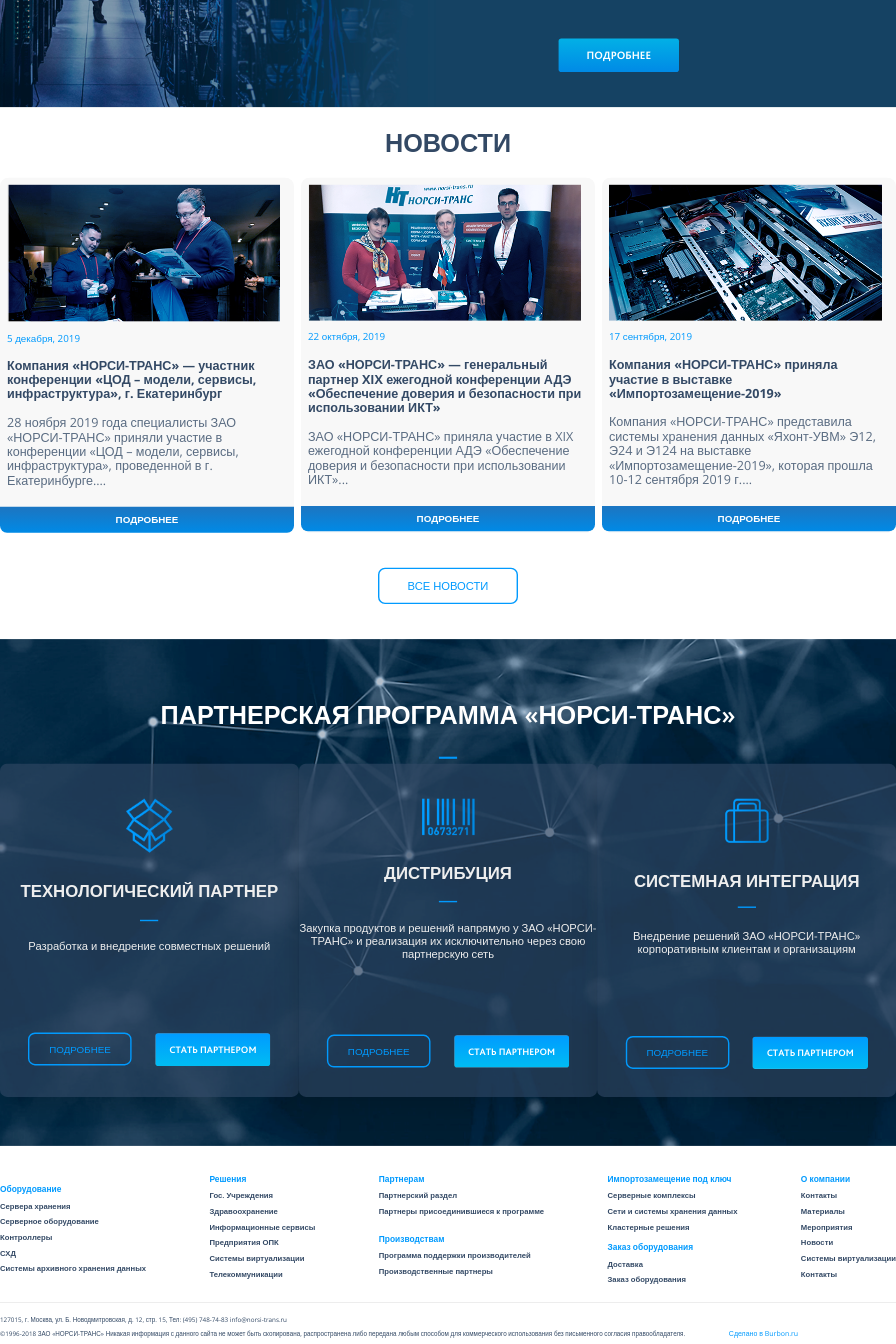
Repository: frostnn/testTaskBurbon
Page: app/index.html
The author's editor kept a copy of each file at every save. The page is drawn from the files as they stood at one save, then again after a run of saves.
The browser window is 1280 px wide. The pictures show the part of the page from y = 1430 to 3350 px (the page is 3350 px tall), at 70% of full size.
The style sheet was rebuilt from its Sass, Less or Tailwind sources for each picture, by a compiler version that may differ from the author's.

Above is the page before, as saved 2020-07-16 09:59:57.

### app/index.html
<!DOCTYPE html>
<html lang="en">
<head>
  <meta charset="UTF-8">
  <meta name="viewport" content="width=device-width, initial-scale=1.0">
  <meta http-equiv="X-UA-Compatible" content="ie=edge">
  <link rel="stylesheet" href="css/style.min.css">
  <title>Test task</title>
</head>
<body>
  <div class="bg-test">
    <header class="header">
        <div class="header-logo">
          <img src="./img/NT_logo_color.png" alt="Логотип" class="header-logo__img">
        </div>
        <nav class="header-nav">
          <ul class="header-nav__list">
            <li class="header-nav__list-item">
              <a href="#" class="header-nav__list-link">оборудование</a>
            </li>
            <li class="header-nav__list-item">
              <a href="#" class="header-nav__list-link">решения</a>
            </li>
            <li class="header-nav__list-item">
              <a href="#" class="header-nav__list-link">партнерам</a>
            </li>
            <li class="header-nav__list-item">
              <a href="#" class="header-nav__list-link">производствам</a>
            </li>
            <li class="header-nav__list-item">
              <a href="#" class="header-nav__list-link">импортозамещение под ключ</a>
            </li>
            <li class="header-nav__list-item">
              <a href="#" class="header-nav__list-link">заказ оборудования</a>
            </li>
            <li class="header-nav__list-item">
              <a href="#" class="header-nav__list-link">о компании</a>
            </li>
          </ul>
        </nav>
        <div class="header-search">
          <img src="./img/search.png" alt="Поиск" class="header-search__img">
        </div>
    </header>
    <section class="slider">
      <div class="slider-block">
        <div class="slider-block__content">
          <h1 class="slider-block__content-title">Яхонт-увм э24</h1>
          <p class="slider-block__content-text">
            программно-аппаратный комплекс высокопроизводительной загрузки <br>
            и накопления массивов CDR/IPDR данных, выполнения задач<br>
            по их обработке
          </p>
          <a href="#" class="slider-block__content-link btn">Подробнее</a>
        </div>
        <div class="slider-block__content">
          <h1 class="slider-block__content-title">Яхонт-увм э24</h1>
          <p class="slider-block__content-text">
            программно-аппаратный комплекс высокопроизводительной загрузки <br>
            и накопления массивов CDR/IPDR данных, выполнения задач<br>
            по их обработке
          </p>
        <!--  <img src="./img/VPS.png" alt="" class="slider-block__content-img"> -->
          <a href="#" class="slider-block__content-link btn">Подробнее</a>
        </div>
        <div class="slider-block__content">
          <h1 class="slider-block__content-title">Яхонт-увм э24</h1>
          <p class="slider-block__content-text">
            программно-аппаратный комплекс высокопроизводительной загрузки <br>
            и накопления массивов CDR/IPDR данных, выполнения задач<br>
            по их обработке
          </p>
          <a href="#" class="slider-block__content-link btn">Подробнее</a>
        </div>
      </div>
    </section>
  </div>
  <section class="industries">
    <h2 class="industries-title">Наши отрасли</h2>
    <div class="industries-block">
      <div class="industries-block__content">
        <img src="./img/healths.png" alt="healths" class="industries-block__content-img">
        <h3 class="industries-block__content-title">Здравоохранение</h3>
        <p class="industries-block__content-text">
          Системы хранения данных. Интеграция
          в действующую ИКТ-структуру. Программно-аппаратный комплекс «Яхонт-ЭМК»,
          предназначенный для хранения и ведения медицинских интегрированных архивов
        </p>
        <a href="" class="industries-block__content-link">Подробнее</a>
      </div>
      <div class="industries-block__content">
        <img src="./img/gov.png" alt="government" class="industries-block__content-img">
        <h3 class="industries-block__content-title">Здравоохранение</h3>
        <p class="industries-block__content-text">
          Системы хранения данных. Интеграция
          в действующую ИКТ-структуру. Программно-аппаратный комплекс «Яхонт-ЭМК»,
          предназначенный для хранения и ведения медицинских интегрированных архивов
        </p>
        <a href="" class="industries-block__content-link">Подробнее</a>
      </div>
      <div class="industries-block__content">
        <img src="./img/telecom.png" alt="telecom" class="industries-block__content-img">
        <h3 class="industries-block__content-title">Здравоохранение</h3>
        <p class="industries-block__content-text">
          Системы хранения данных. Интеграция
          в действующую ИКТ-структуру. Программно-аппаратный комплекс «Яхонт-ЭМК»,
          предназначенный для хранения и ведения медицинских интегрированных архивов
        </p>
        <a href="" class="industries-block__content-link">Подробнее</a>
      </div>
      <div class="industries-block__content">
        <img src="./img/opk.png" alt="opk" class="industries-block__content-img">
        <h3 class="industries-block__content-title">Здравоохранение</h3>
        <p class="industries-block__content-text">
          Системы хранения данных. Интеграция
          в действующую ИКТ-структуру. Программно-аппаратный комплекс «Яхонт-ЭМК»,
          предназначенный для хранения и ведения медицинских интегрированных архивов
        </p>
        <a href="#" class="industries-block__content-link">Подробнее</a>
      </div>
    </div>
  </section>
  <main class="production">
    <div class="production-wrapper">
      <div class="production-block">
        <h2 class="production-block__title">Производственный комплекс</h2>
        <p class="production-block__text">
          Компания «НОРСИ-ТРАНС» осуществляет свою деятельность в соответствии с Уставом <br>
          и имеет все необходимые лицензии для разработки, производства и реализации технических средств.<br>
          Система менеджмента качества применительно к полному комплексу<br>
          строительно-монтажных услуг на объектах связи и оказанию <br>
          телекоммуникационных услуг компании «НОРСИ-ТРАНС» соответствует <br>
          требованиям ГОСТ Р ИСО 9001-2015 (ИСО 9000:2015) и является максимально клиентоориентированной
        </p>
        <a href="#" class="production-block__link btn">подробнее</a>
      </div>
    </div>
  </main>
  <section class="news">
    <h2 class="news-title">Новости</h2>
      <div class="news-block">
        <div class="news-block__content">
          <img src="./img/news_1.png" alt="news_img" class="news-block__content-img">
          <span class="news-block__content-date">5 декабря, 2019</span>
          <h4 class="news-block__content-title">
            Компания «НОРСИ-ТРАНС» — участник конференции «ЦОД – модели,
            сервисы, инфраструктура», г. Екатеринбург
          </h4>
          <p class="news-block__content-text">
            28 ноября 2019 года специалисты ЗАО «НОРСИ-ТРАНС»
            приняли участие в конференции «ЦОД – модели, сервисы,
            инфраструктура», проведенной в г. Екатеринбурге.…
          </p>
          <a href="#" class="news-block__content-link">Подробнее</a>
        </div>
          <div class="news-block__content">
            <img src="./img/news_2.png" alt="news_img" class="news-block__content-img">
            <span class="news-block__content-date">22 октября, 2019</span>
            <h4 class="news-block__content-title">
              ЗАО «НОРСИ-ТРАНС» — генеральный партнер XIX
              ежегодной конференции АДЭ «Обеспечение доверия
              и безопасности при использовании ИКТ»
            </h4>
            <p class="news-block__content-text">
              ЗАО «НОРСИ-ТРАНС» приняла участие в XIX ежегодной конференции
              АДЭ «Обеспечение доверия и безопасности при использовании ИКТ»...
            </p>
            <a href="#" class="news-block__content-link">Подробнее</a>
          </div>
          <div class="news-block__content">
            <img src="./img/news_3.png" alt="news_img" class="news-block__content-img">
            <span class="news-block__content-date">17 сентября, 2019</span>
            <h4 class="news-block__content-title">
              Компания «НОРСИ-ТРАНС» приняла участие
              в выставке «Импортозамещение-2019»
            </h4>
            <p class="news-block__content-text">
              Компания «НОРСИ-ТРАНС» представила системы хранения данных
              «Яхонт-УВМ» Э12, Э24 и Э124 на выставке «Импортозамещение-2019»,
              которая прошла 10-12 сентября 2019 г.…
            </p>
            <a href="#" class="news-block__content-link">Подробнее</a>
          </div>
      </div>
      <div class="btn-wrapper">
        <button class="news-btn">Все новости</button>
      </div>
  </section>
  <section class="program">
    <div class="program-wrapper">
      <h2 class="program-title">Партнерская программа «НОРСИ-ТРАНС» </h2>
      <div class="program-block__wrapper">
        <div class="program-block">
          <img src="./img/box.png" alt="box" class="program-block__img">
          <h5 class="program-block__title">Технологический партнер</h5>
          <p class="program-block__text">Разработка и внедрение совместных решений </p>
          <div class="program-block__btn">
            <a href="#" class="program-block__btn-link">подробнее</a>
            <button class="program-block__btn-btn btn">стать партнером</button>
          </div>
        </div>
        <div class="program-block">
          <img src="./img/code.png" alt="box" class="program-block__img">
          <h5 class="program-block__title">Дистрибуция</h5>
          <p class="program-block__text">
            Закупка продуктов и решений напрямую у ЗАО «НОРСИ-ТРАНС»
            и реализация их исключительно через свою партнерскую сеть
          </p>
          <div class="program-block__btn">
            <a href="#" class="program-block__btn-link">подробнее</a>
            <button class="program-block__btn-btn btn">стать партнером</button>
          </div>
        </div>
        <div class="program-block">
          <img src="./img/case.png" alt="box" class="program-block__img">
          <h5 class="program-block__title">Системная интеграция</h5>
          <p class="program-block__text">
            Внедрение решений ЗАО «НОРСИ-ТРАНС»
            корпоративным клиентам и организациям
          </p>
          <div class="program-block__btn">
            <a href="#" class="program-block__btn-link">подробнее</a>
            <button class="program-block__btn-btn btn">стать партнером</button>
          </div>
        </div>
      </div>
    </div>
  </section>
  <footer class="footer">
    <div class="footer-nav">
      <div class="equipment-block">
        <ul class="equipment-block__list">
          <li class="equipment-block__list-title">Оборудование</li>
          <li class="equipment-block__list-item"> <a href="#" class="equipment-block__item-link"> Сервера хранения</a></li>
          <li class="equipment-block__list-item"> <a href="#" class="equipment-block__item-link">Серверное оборудование</a></li>
          <li class="equipment-block__list-item"> <a href="#" class="equipment-block__item-link"> Контроллеры</a></li>
          <li class="equipment-block__list-item"> <a href="#" class="equipment-block__item-link">СХД</a></li>
          <li class="equipment-block__list-item"> <a href="#" class="equipment-block__item-link">Системы архивного хранения данных</a></li>
        </ul>
      </div>
      <div class="decisions-block">
        <ul class="decisions-block__list">
          <li class="decisions-block__list-title">Решения</li>
          <li class="decisions-block__list-item"> <a href="#" class="decisions-block__item-link"> Гос. Учреждения</a></li>
          <li class="decisions-block__list-item"> <a href="#" class="decisions-block__item-link">Здравоохранение</a></li>
          <li class="decisions-block__list-item"> <a href="#" class="decisions-block__item-link">Информационные сервисы</a></li>
          <li class="decisions-block__list-item"> <a href="#" class="decisions-block__item-link">Предприятия ОПК</a></li>
          <li class="decisions-block__list-item"> <a href="#" class="decisions-block__item-link">Системы виртуализации</a></li>
          <li class="decisions-block__list-item"> <a href="#" class="decisions-block__item-link">Телекоммуникации</a></li>
        </ul>
      </div>
      <div class="partners-block">
        <ul class="partners-block__list">
          <li class="partners-block__list-title">Партнерам</li>
          <li class="partners-block__list-item"> <a href="#" class="partners-block__item-link">Партнерский раздел</a></li>
          <li class="partners-block__list-item"> <a href="#" class="partners-block__item-link">Партнеры присоединившиеся к программе</a></li>
        </ul>
        <ul class="productions-block__list">
          <li class="productions-block__list-title">Производствам</li>
          <li class="productions-block__list-item"> <a href="#" class="productions-block__item-link">Программа поддержки производителей</a></li>
          <li class="productions-block__list-item"> <a href="#" class="productions-block__item-link">Производственные партнеры</a></li>
        </ul>
      </div>
      <div class="import-block">
        <ul class="import-block__list">
          <li class="import-block__list-title">Импортозамещение под ключ</li>
          <li class="import-block__list-item"> <a href="#" class="import-block__item-link"> Серверные комплексы</a></li>
          <li class="import-block__list-item"> <a href="#" class="import-block__item-link">Сети и системы хранения данных</a></li>
          <li class="import-block__list-item"> <a href="#" class="import-block__item-link">Кластерные решения</a></li>
        </ul>
        <ul class="equipment-block__list">
          <li class="equipment-block__list-title">Заказ оборудования</li>
          <li class="equipment-block__list-item"> <a href="#" class="equipment-block__item-link">Доставка</a></li>
          <li class="equipment-block__list-item"> <a href="#" class="equipment-block__item-link">Заказ оборудования</a></li>
        </ul>
      </div>
      <div class="nav-block">
        <ul class="nav-block__list">
          <li class="nav-block__list-title" >О компании</li>
          <li class="nav-block__list-item" > <a href="#" class="nav-block__item-link">Контакты</a></li>
          <li class="nav-block__list-item" > <a href="#" class="nav-block__item-link">Материалы</a></li>
          <li class="nav-block__list-item" > <a href="#" class="nav-block__item-link">Мероприятия</a></li>
          <li class="nav-block__list-item" > <a href="#" class="nav-block__item-link">Новости</a></li>
          <li class="nav-block__list-item" > <a href="#" class="nav-block__item-link">Системы виртуализации</a></li>
          <li class="nav-block__list-item" > <a href="#" class="nav-block__item-link">Контакты</a></li>
        </ul>
      </div>
    </div>
    <div class="subfooter">
      <p class="subfooter-contacts">
        127015, г. Москва, ул. Б. Новодмитровская,
        д. 12, стр. 15, Тел: <a href="tel:(495) 748-74-83" class="subfooter-contacts__link">(495) 748-74-83</a> <a href="mailto:info@norsi-trans.ru" class="subfooter-contacts__link">info@norsi-trans.ru</a>
      </p>
      <p class="subfooter-info">
        ©1996-2018 ЗАО «НОРСИ-ТРАНС» Никакая информация с данного сайта не может быть скопирована,
        распространена либо передана любым способом для коммерческого использования без письменного согласия правообладателя.
        <a href="https://burbon.ru/" class="subfooter-link">Сделано в Burbon.ru</a>
      </p>

    </div>
  </footer>
  <script src="https://ajax.googleapis.com/ajax/libs/jquery/3.4.1/jquery.min.js"></script>
  <script src="js/libs.min.js"></script>
  <script src="js/main.js"></script>
</body>
</html>

### app/scss/_vars.scss
$white: #fff;
$blue: #019afe;

### app/scss/_fonts.scss
@import url('https://fonts.googleapis.com/css2?family=Open+Sans:wght@300;400;600;700;800&display=swap');
@font-face {
  font-family: 'Bliss Pro Bold';
  src: url('../fonts/BlissPro-Bold.eot');
  src: url('../fonts/BlissPro-Bold.eot?#iefix') format('embedded-opentype'),
  url('../fonts/BlissPro-Bold.woff') format('woff'),
  url('../fonts/BlissPro-Bold.ttf') format('truetype');
  font-weight: normal;
  font-style: normal;
  }

### app/scss/_global.scss
html {
  box-sizing: border-box;
}
body {
  font-family: 'Open Sans', sans-serif;
}
*,
*::before,
*::after {

  box-sizing: inherit;
}
a {
  display: inline;
  text-decoration: none;
  color: #fff;
}
ul,
li {
  list-style: none;
  margin: 0;
  padding: 0;
}

### app/scss/_media.scss
@media (max-width: 1452px) {
  .footer,
  .news,
  .industries,
  .production-wrapper,
  .program-wrapper,
  .header,
  .slider {
    max-width: 1350px;
  }
  .header-nav__list {
    .header-nav__list-item {
      margin-right: 30px;
    }
    .header-nav__list-link {
      font-size: 12px;
    }
  }
  .slider-block__content-title {
    font-size: 42px;
  }
  .slider-block__content-text {
    font-size: 18px;
  }
  .industries-block__content {
    max-width: 320px;
    .industries-block__content-title {
      font-size: 16px;
    }
    .industries-block__content-text {
      font-size: 14px;
    }
    .industries-block__content-img {
      max-width: 320px;
    }
  }
  .production {
    background-position: center;
  }
  .news-block__content {
    max-width: 430px;
    .news-block__content-img {
      max-width: 420px;
    }
    .news-block__content-title {
      font-size: 18px;

    }
    .news-block__content-date {
      font-size: 14px;

    }
    .news-block__content-text {
      font-size: 18px;
    }
  }
  .program-block {
    width: 424px;
  }
  .program-block .program-block__btn-btn {
    padding: 15px 20px;
  }
  .program-block .program-block__btn-link {
    padding: 12px 28px;
  }
  .footer-nav {
    .equipment-block__list-title,
    .decisions-block__list-title,
    .partners-block__list-title,
    .productions-block__list-title,
    .import-block__list-title,
    .equipment-block__list-title,
    .nav-block__list-title {
      font-size: 12px;
    }
    a {
      font-size: 11px;
    }
  }
  .subfooter {
    .subfooter-contacts {
      font-size: 9px;
    }
    .subfooter-info{
      font-size: 9px;
    }
    .subfooter-link {
      font-size: 10px;
      margin-left: 60px;
    }
  }
}
@media (max-width: 1360px) {
  .footer,
  .news,
  .industries,
  .production-wrapper,
  .program-wrapper,
  .header,
  .slider {
    max-width: 1280px;
  }
  .industries-block__content {
    max-width: 300px;
    .industries-block__content-img {
      max-width: 300px;
    }
  }
  .news-block__content {
    max-width: 420px;
    .news-block__content-img {
      max-width: 410px;
    }
  }
  .program-block {
    width: 463px;
  }

}

Loaded but not shown: app/js/libs.min.js (library); app/js/main.js (5 lines, source omitted); app/scss/style.scss (456 lines, source omitted); app/scss/_libs.scss (469 lines, source omitted)

After the next 2 saves:
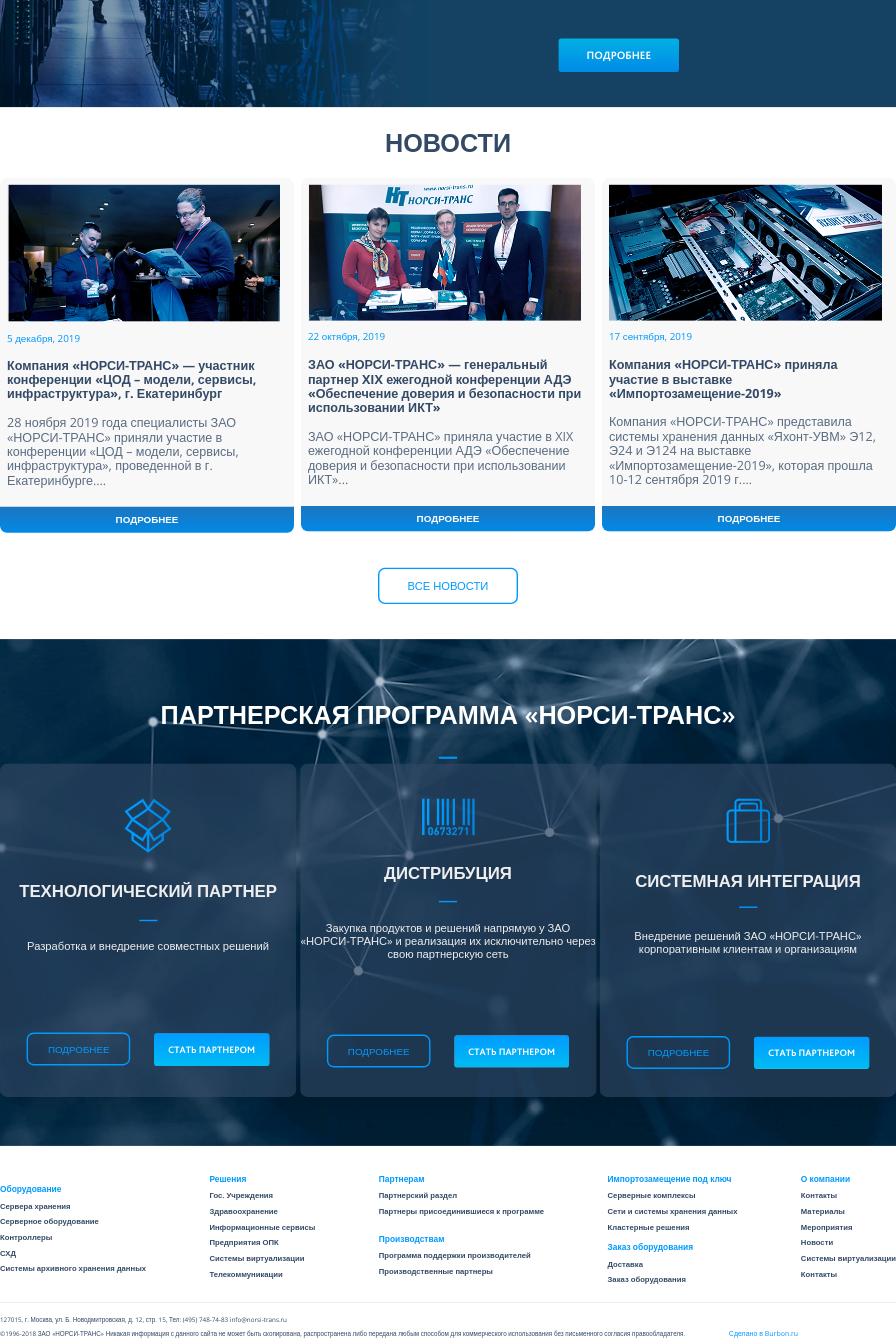
The 2 saves are shown as one change because they came seconds apart.
The last was saved 10 s later.
--- a/app/scss/_media.scss
+++ b/app/scss/_media.scss
@@ -113,7 +113,7 @@
     }
   }
   .program-block {
-    width: 463px;
+    width: 423px;
   }
 
 }
